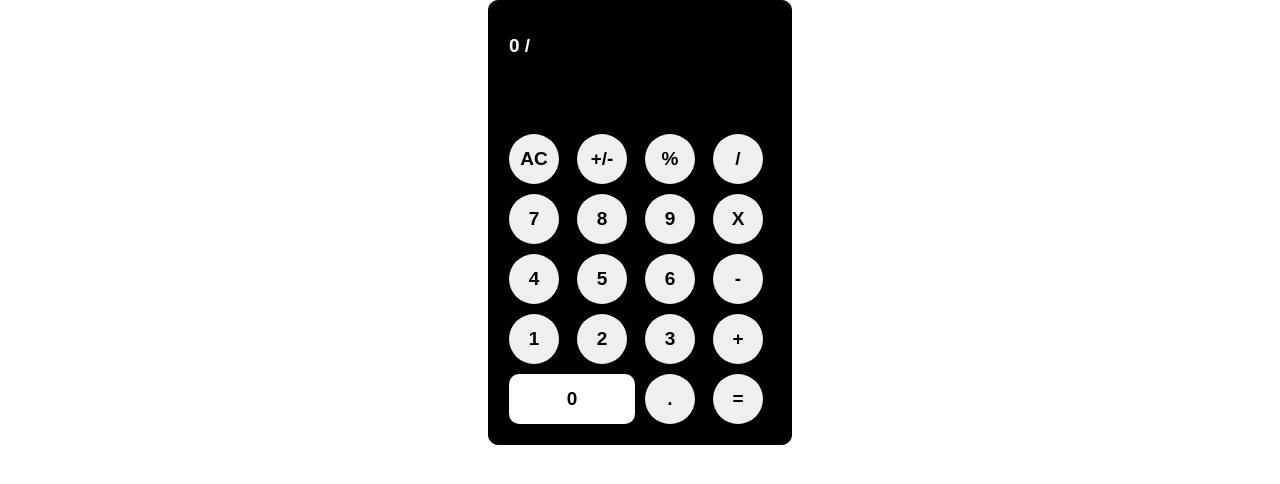
Repository: dmpelaez/calculator
Page: Calculator.html
An editor plug-in stored every save of this project. The page is shown before and after the next save, followed by the edit.
The browser window is 1280 px wide. The pictures show the whole page.
Empty fields were first filled with sample values (such as "Sample", 5 or name@example.com).
After loading, the first visible `button.divide` was clicked once.

Above is the page before, as saved 2025-12-15 21:18:12.

### Calculator.html
<!DOCTYPE html>

  <html>
    <head>

      <title>Calculator</title>

      <!--CSS-->
      <link rel="stylesheet" href="Calculator.css">

    </head>
    <body>
      <!--Container-->
      <main class="container">

        <!--Sections-->
        <section class="Section">

          <!--Input section-->
          <input class="inputSection">902</input>

          <!--Btns section-->
          <div class="btnSection">
            <button class="btn cancel">AC</button>
            <button class="btn signs">+/-</button>
            <button class="btn rmnder">%</button>
            <button class="btn divide" onclick="appendNumber(' / ')">/</button>
            <button class="btn seven" onclick="appendNumber('7')">7</button>
            <button class="btn eight" onclick="appendNumber('8')">8</button>
            <button class="btn nine" onclick="appendNumber('9')">9</button>
            <button class="btn times" onclick="appendNumber(' * ')">X</button>
            <button class="btn four" onclick="appendNumber('4')">4</button>
            <button class="btn five" onclick="appendNumber('5')">5</button>
            <button class="btn six" onclick="appendNumber('6')">6</button>
            <button class="btn minus"  onclick="appendNumber(' - ')">-</button>
            <button class="btn one" onclick="appendNumber('1')">1</button>
            <button class="btn two" onclick="appendNumber('2')">2</button>
            <button class="btn three" onclick="appendNumber('3')">3</button>
            <button class="btn plus"  onclick="appendNumber(' + ')">+</button>
            <button class="btn zero" onclick="appendNumber('0')">0</button>
            <button class="btn dot" onclick="appendNumber(' . ')" >.</button>
            <button class="btn equal" onclick="appendValue()">=</button>
          </div>
        </section>


      </main>

      <script src="Calculator.js"></script>
    </body>

  </html>

### Calculator.css
body {
  margin: 0;
  padding: 0;
  box-sizing: border-box;
  display: flex;
  align-items: center;
  justify-content: center;

}

.Section {
display: flex;
flex-direction: column;
border: 1px solid black;
border-radius: 10px;
gap: 20px;
background: black;
}
.inputSection {
  color: white;
  padding: 20px;
  padding-bottom: 0px;
  display: flex;
  justify-content: end;
  height: 50px;
  align-items: center;
  font-size: 19px;
  font-weight: bold;
  background: transparent;
  border: none;

}
.btnSection {
  display: grid;
  grid-template-columns: 1fr 1fr 1fr 1fr;
  padding: 20px;
  gap: 10px;
  padding-top: 5px;
}
.btn {
  border: none;
  height: 50px;
  width: 50px;
  border-radius: 50%;
  font-weight: bold;
  Font-size: 19px;
  cursor: pointer;
}
.equal {
  grid-column: 4
}
.dot {
  grid-column: 3
}
.zero {
  grid-row: 5;
  grid-column: 1 / 2 span;
  background: white;
  width: auto;
  border-radius: 10px;
}

### Calculator.js

let answer = 0;
let justCalculated = false;

function appendNumber(num) {
  answer += num;
   document.querySelector('.inputSection')
  .value = answer;

  console.log(answer);
  return;
};



function appendValue() {
  const result = eval(document.querySelector('.inputSection').value);
   document.querySelector('.inputSection').value = Number(result);
}

document.querySelector('.cancel')
.addEventListener('click', () => {

  document.querySelector('.inputSection')
  .value = '';

})

After the next save:
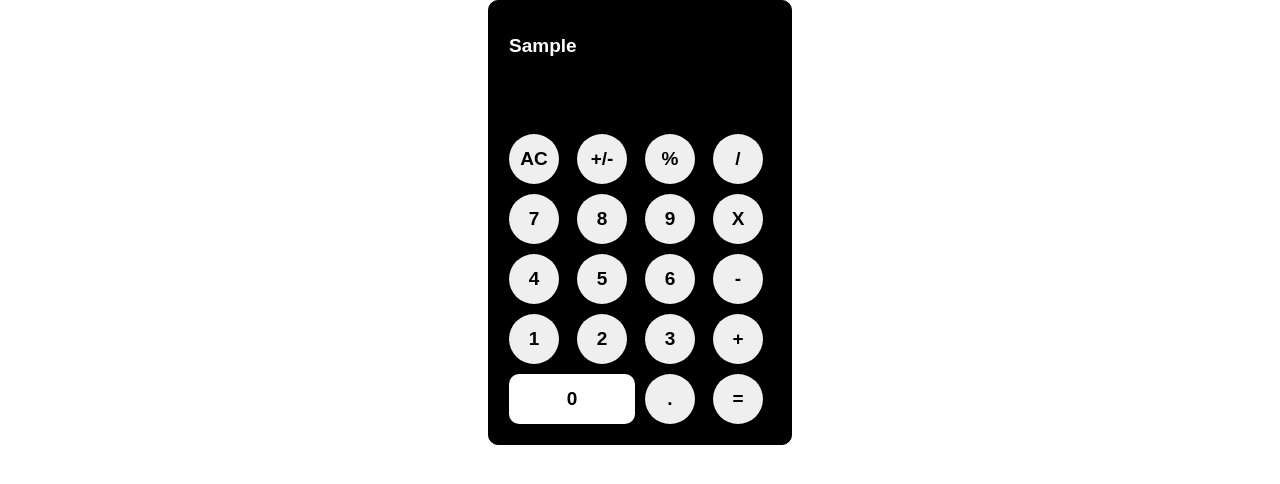
Console error: ReferenceError: value is not defined
Saved 112 s later.
--- a/Calculator.js
+++ b/Calculator.js
@@ -5,7 +5,7 @@
 function appendNumber(num) {
   answer += num;
    document.querySelector('.inputSection')
-  .value = answer;
+  .value = value;
 
   console.log(answer);
   return;
@@ -16,6 +16,7 @@
 function appendValue() {
   const result = eval(document.querySelector('.inputSection').value);
    document.querySelector('.inputSection').value = Number(result);
+
 }
 
 document.querySelector('.cancel')

After the save that followed:
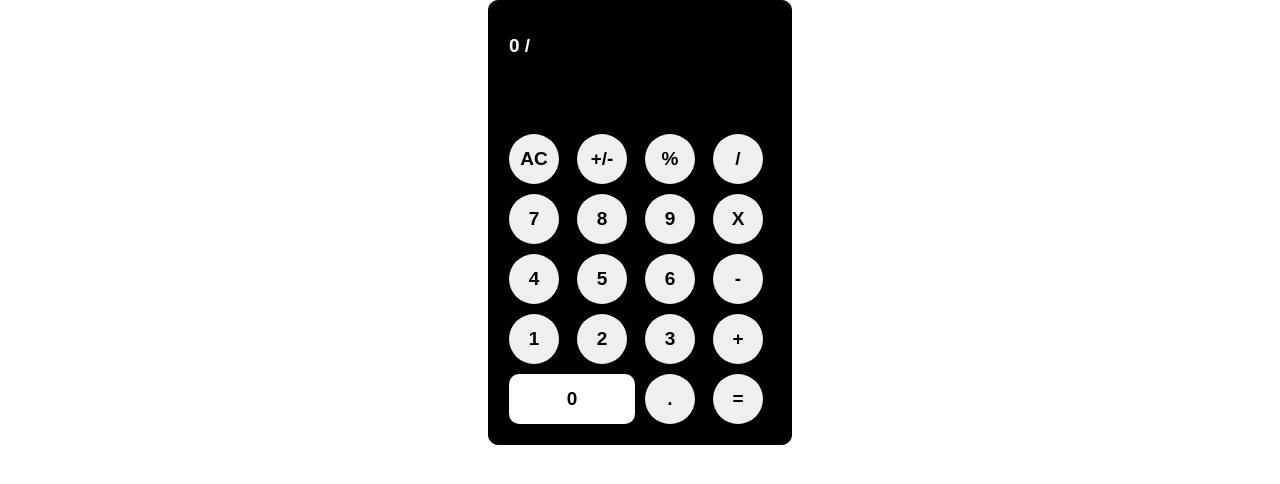
The error is gone.
Saved 15 s later.
--- a/Calculator.js
+++ b/Calculator.js
@@ -5,7 +5,7 @@
 function appendNumber(num) {
   answer += num;
    document.querySelector('.inputSection')
-  .value = value;
+  .value = answer;
 
   console.log(answer);
   return;
